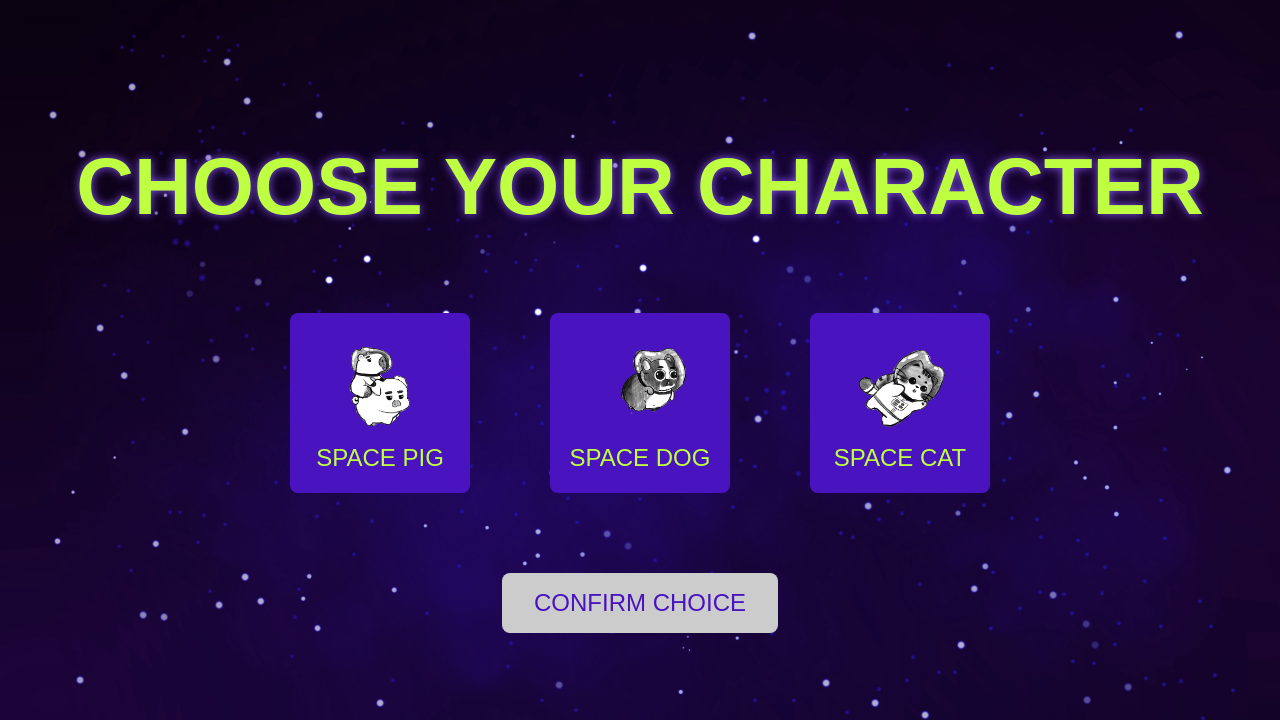
Repository: brunaguarizo/SpaceFarm
Page: index.html
An editor plug-in stored every save of this project. The page is shown before and after the next save, followed by the edit.
The browser window is 1280 px wide. The pictures show the whole page.
Some web fonts or font styles are not loaded; a fallback is used.

Above is the page before, as saved 2025-04-24 11:42:08.

After the next save:
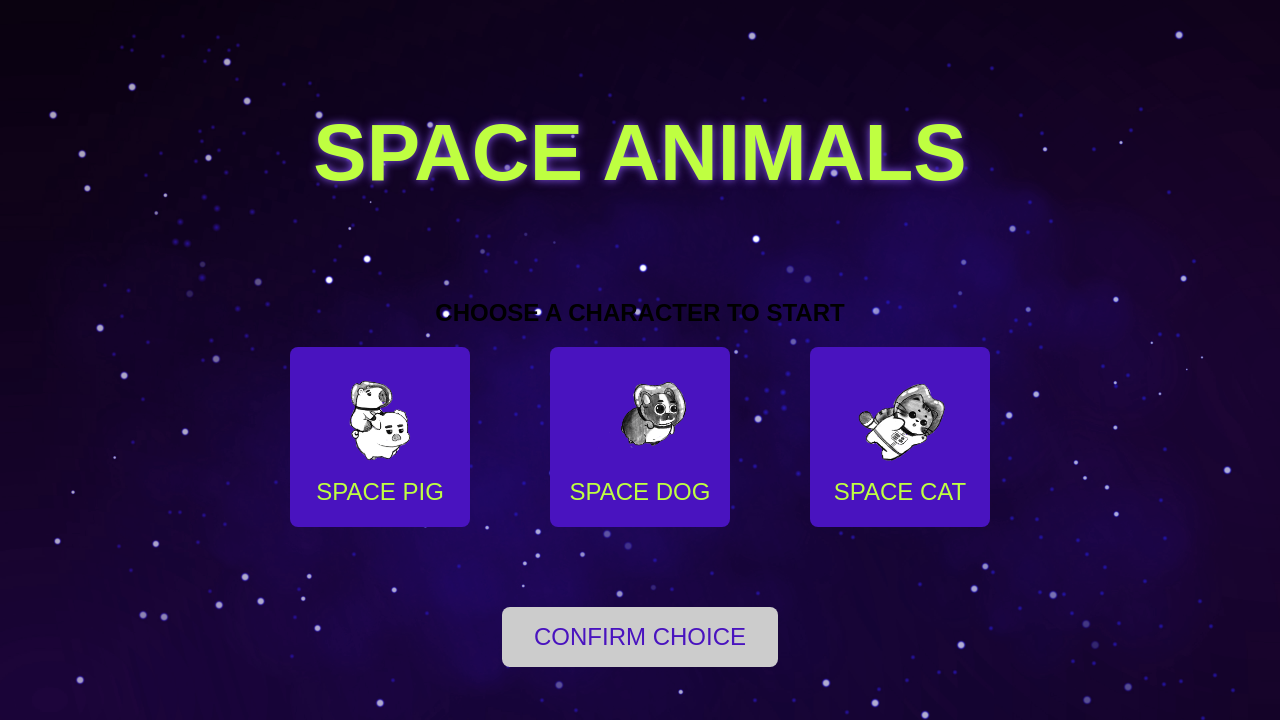
Saved 29 min 35 s later.
--- a/index.html
+++ b/index.html
@@ -25,7 +25,8 @@
         <div id="game-container">
             <!-- Character Selection Screen -->
             <div id="character-select">
-                <h1>CHOOSE YOUR CHARACTER</h1>
+                <h1>SPACE ANIMALS</h1>
+                <h2>CHOOSE A CHARACTER TO START</h2>
                 <div class="character-options">
                     <div
                         class="character-option"
